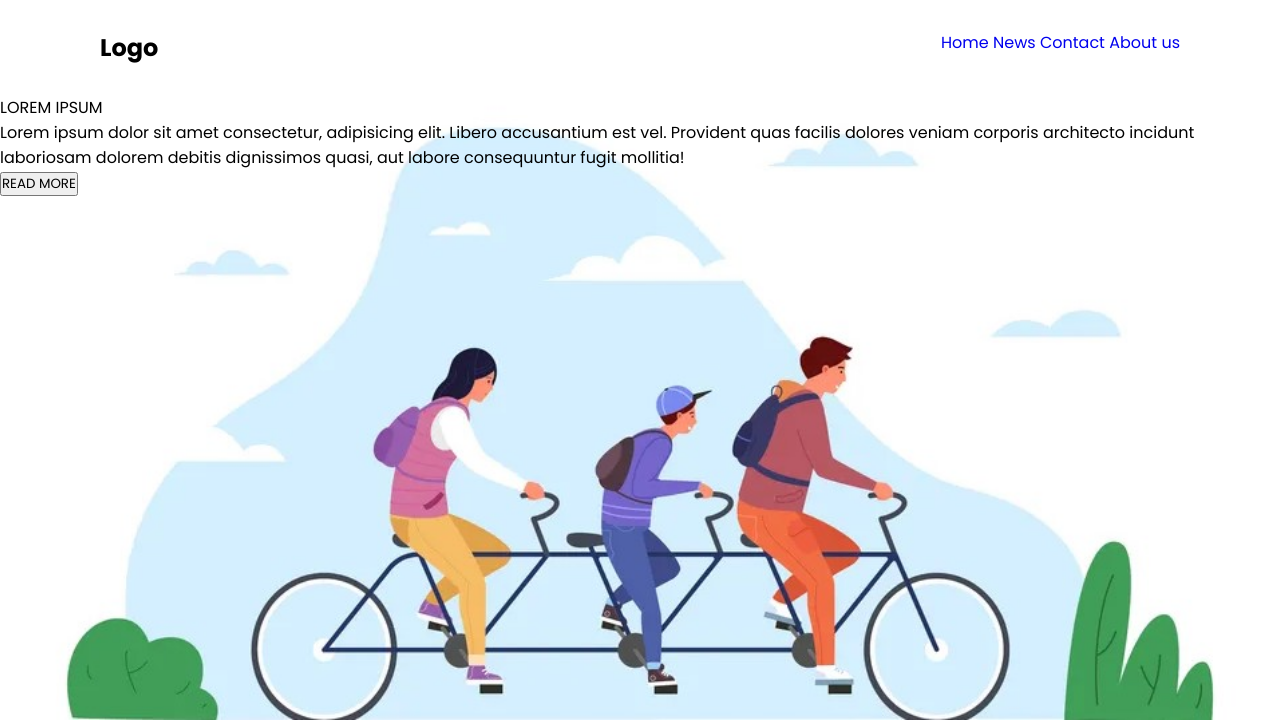
Repository: nganha241/1806
Page: index.html
These files come from the project's save history. The page is drawn as it stood at one moment and after the next save; the edit follows.
The browser window is 1280 px wide. The pictures show the whole page.

Above is the page before, as saved 2022-06-18 15:33:14.

After the next save:
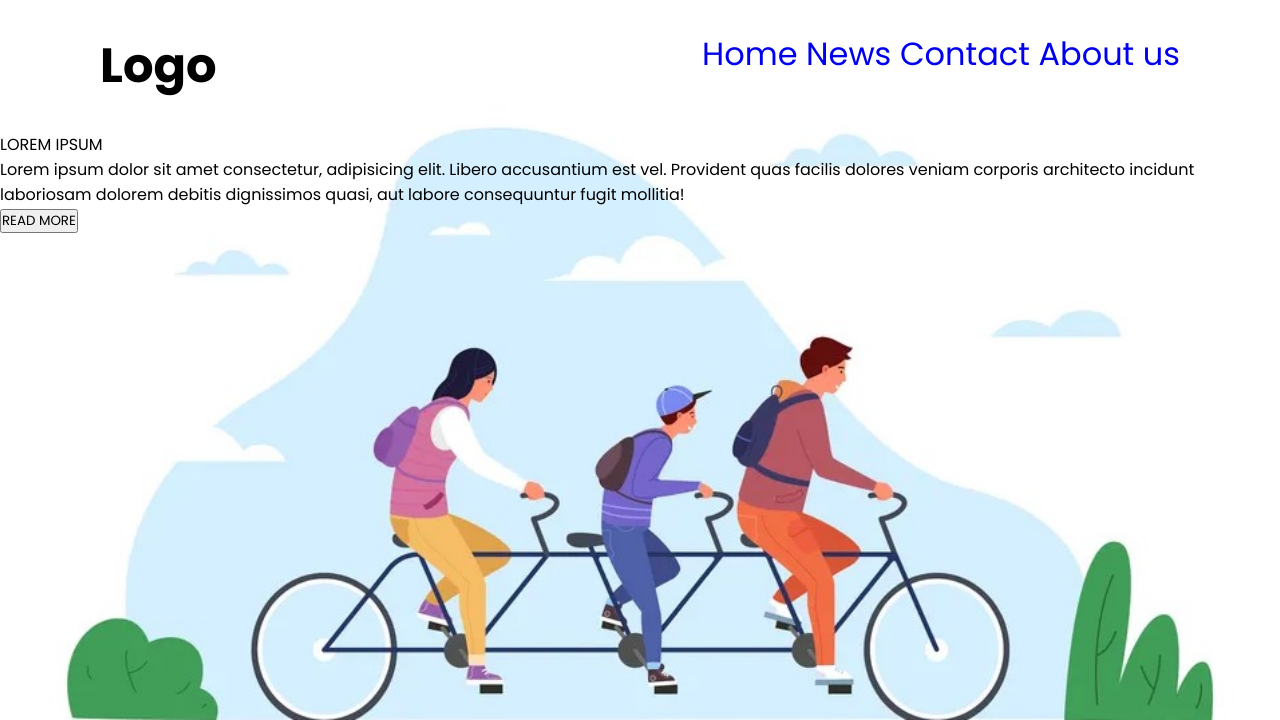
Saved 11 s later.
--- a/style.css
+++ b/style.css
@@ -26,4 +26,5 @@
     margin: 30px 100px;
     display: flex;
     justify-content: space-between;
+    font-size: 32px;
 }

After the save that followed:
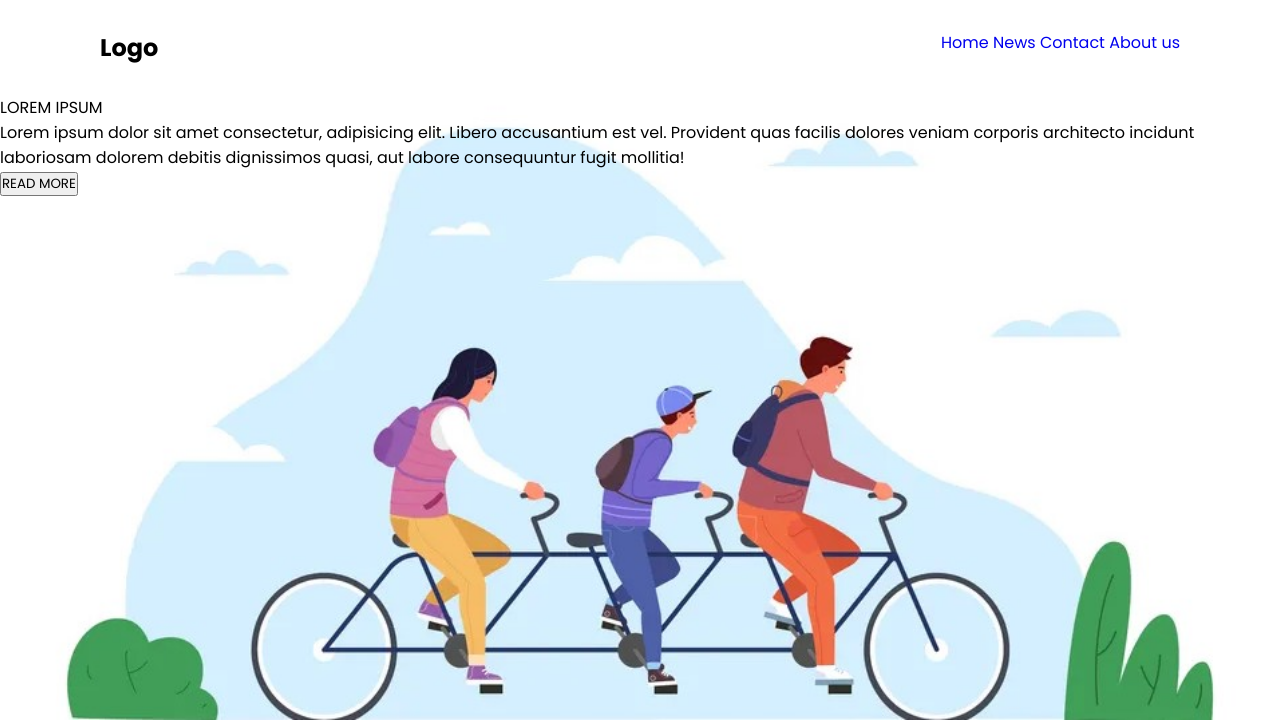
Saved 17 s later.
--- a/style.css
+++ b/style.css
@@ -26,5 +26,6 @@
     margin: 30px 100px;
     display: flex;
     justify-content: space-between;
-    font-size: 32px;
 }
+
+section header
